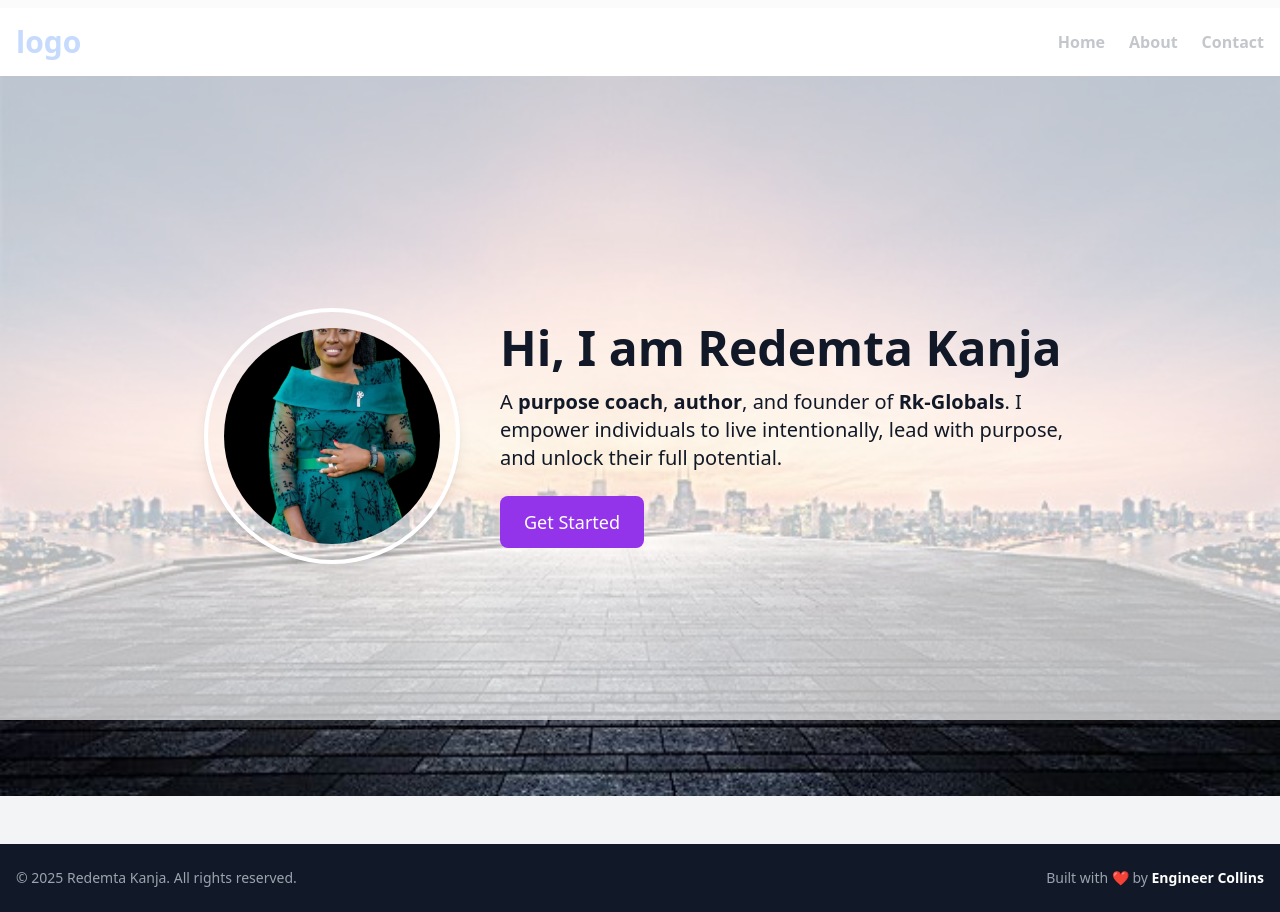
Repository: Engineer-collo/Redemta-Kanja-s-website
Page: /
An editor plug-in stored every save of this project. The page is shown before and after a run of saves, followed by the edit.
The browser window is 1280 px wide. The pictures show the whole page.
The project was rebuilt for these pictures with package versions that can differ from the ones it lists, and the page was loaded fresh each time. Also part of the build but not shown: vite.config.js, src/pages/Home.jsx, src/pages/About.jsx, src/pages/Contact.jsx.

Above is the page before, as saved 2025-05-18 06:55:11.

### index.html
<!DOCTYPE html>
<html lang="en">
<head>
  <meta charset="UTF-8">
  <meta name="viewport" content="width=device-width, initial-scale=1.0">
  <title>React Vite Starter</title>
</head>
<body class="bg-gray-100">
  <div id="root"></div>
  <script type="module" src="/src/main.jsx"></script>
</body>
</html>

### src/main.jsx
import React from 'react'
import ReactDOM from 'react-dom/client'
import './index.css'
import App from './App'

ReactDOM.createRoot(document.getElementById('root')).render(
  <React.StrictMode>
    <App />
  </React.StrictMode>,
)

### src/App.jsx
import { BrowserRouter as Router, Route, Routes } from "react-router-dom";
import Home from "./pages/Home";
import About from "./pages/About";
import Contact from "./pages/Contact";
import Footer from "./components/Footer";
import Navbar from "./components/Navbar";
import LandingPage from "./pages/Landingpage";


function App() {
  return (
    <Router>
      <Navbar/>
      <Routes>
      <Route path="/" element={<LandingPage/>} />
        <Route path="/home" element={<Home/>} />
        <Route path="/about" element={<About />} />
        <Route path="/contact" element={<Contact />} />
      </Routes>
    <Footer/>
    </Router>
  );
}

export default App;

### src/components/Footer.jsx
const Footer = () => {
    return(
        <>
        <footer className="bg-gray-900 text-white py-6 mt-12">
  <div className="max-w-7xl mx-auto px-4 flex flex-col md:flex-row justify-between items-center space-y-4 md:space-y-0">
    <p className="text-sm text-gray-400">
      &copy; {new Date().getFullYear()} Redemta Kanja. All rights reserved.
    </p>
    <p className="text-sm text-gray-400">
      Built with ❤️ by <span className="text-white font-semibold">Engineer Collins</span>
    </p>


  </div>
</footer>

        </>
    )
}

export default Footer

### src/components/Navbar.jsx
import React, { useState } from 'react';
import { Link } from 'react-router-dom';

const Navbar = () => {
  const [isOpen, setIsOpen] = useState(false);

  const toggleMenu = () => setIsOpen(!isOpen);

  return (
    <header className=" mt-2 bg-white shadow-md">
      <div className="max-w-7xl mx-auto px-4 py-4 flex justify-between items-center">
        <h1 className="text-3xl font-bold text-gray-800"><Link to="/" className="hover:text-blue-500 text-gray-700 transition"><span className='text-blue-500'>logo</span></Link>
        </h1>

        {/* Desktop nav */}
        <nav className="space-x-6 hidden md:flex">
        <Link to="/" className="hover:text-blue-500 font-bold text-gray-700 transition">Home</Link>
          <Link to="/about" className="hover:text-blue-500 font-bold text-gray-700 transition">About</Link>
          <Link to="/contact" className="hover:text-blue-500 font-bold text-gray-700 transition">Contact</Link>
        </nav>

        {/* Mobile menu toggle */}
        <div className="md:hidden">
          <button onClick={toggleMenu} className="text-gray-700 focus:outline-none">
            <svg className="h-6 w-6" fill="none" stroke="currentColor" strokeWidth="2" viewBox="0 0 24 24">
              <path strokeLinecap="round" strokeLinejoin="round" d={isOpen ? 'M6 18L18 6M6 6l12 12' : 'M4 6h16M4 12h16M4 18h16'} />
            </svg>
          </button>
        </div>
      </div>

      {/* Mobile nav links */}
      {isOpen && (
        <nav className="md:hidden px-4 pb-4 space-y-2">
          <Link to="/about" className="block text-gray-700 font-bold hover:text-blue-500">About</Link>
          <Link to="/contact" className="block text-gray-700 font-bold hover:text-blue-500">Contact</Link>
        </nav>
      )}
    </header>
  );
};

export default Navbar;

### src/pages/Landingpage.jsx
import React from 'react';
import { useNavigate } from 'react-router-dom';

const LandingPage = () => {
  const navigate = useNavigate();

  const handleGetStarted = () => {
    navigate('/home');
  };

  return (
    <div className="min-h-screen flex flex-col md:flex-row items-center justify-center text-gray-900 px-6 py-10 bg-cover bg-center bg-[url('/city-bg.png')]">

      {/* Overlay (optional for readability) */}
      <div className="absolute inset-0 bg-white bg-opacity-70 z-0" />

      <div className="relative z-10 flex flex-col md:flex-row items-center justify-center">
        {/* Image */}
        <div className="mb-8 md:mb-0 md:mr-10">
          <img
            src="/redemta-pic.png"
            alt="Redem-ta Kanja"
            className="w-64 h-64 object-cover p-4 rounded-full shadow-lg border-4 border-white"
          />
        </div>

        {/* Text */}
        <div className="text-center md:text-left max-w-xl">
          <h1 className="text-4xl md:text-5xl font-bold mb-4">Hi, I am Redemta Kanja</h1>
          <p className="text-lg md:text-xl mb-6">
            A <strong>purpose coach</strong>, <strong>author</strong>, and founder of <strong>Rk-Globals</strong>.
            I empower individuals to live intentionally, lead with purpose, and unlock their full potential.
          </p>
          <button
            onClick={handleGetStarted}
            className="bg-purple-600 text-white px-6 py-3 rounded-lg text-lg hover:bg-purple-700 transition"
          >
            Get Started
          </button>
        </div>
      </div>
    </div>
  );
};

export default LandingPage;

Loaded but not shown: src/index.css (common file); tailwind.config.js (common file)

After the next 2 saves:
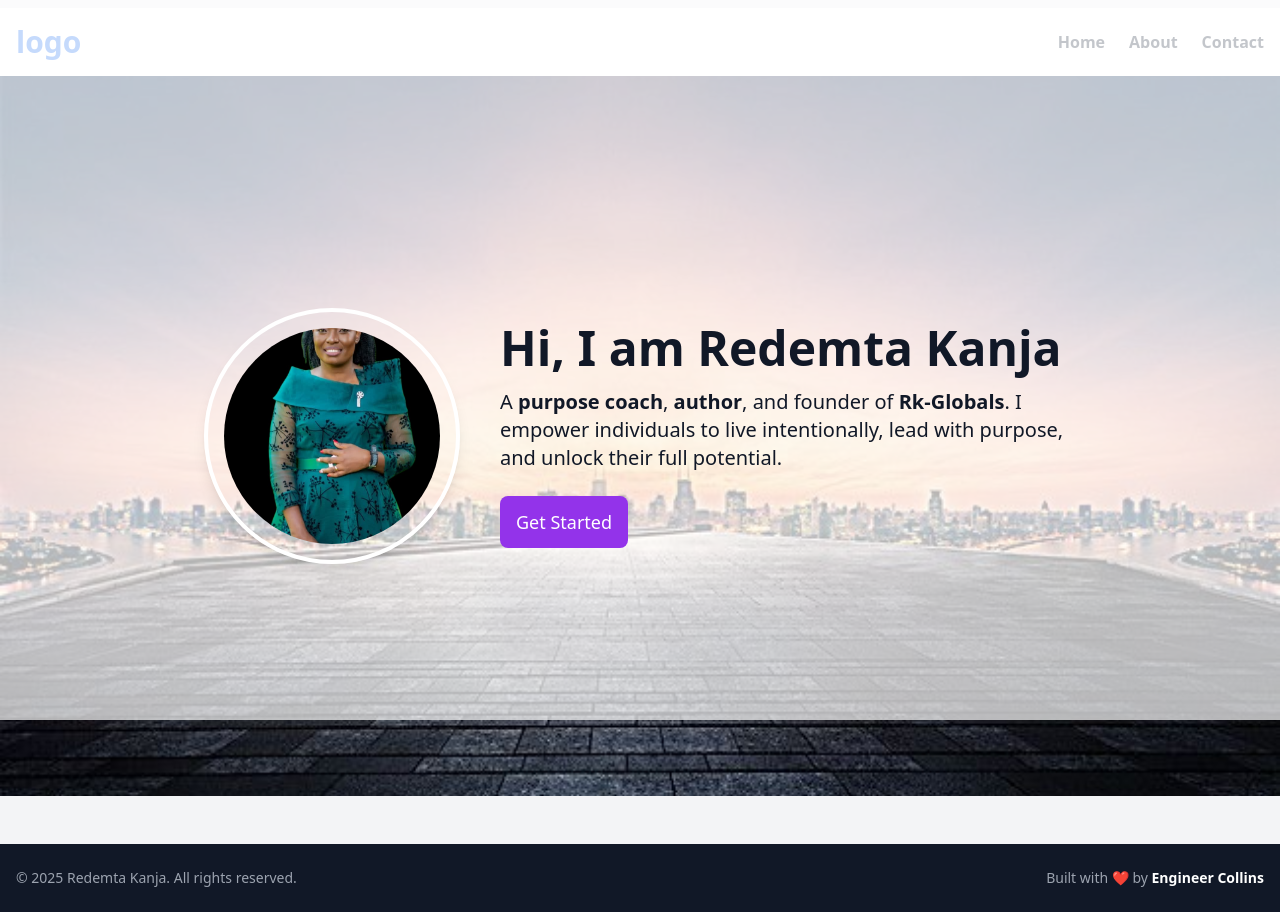
The 2 saves are shown as one change because they came seconds apart.
The last was saved 91 s later.
--- a/src/pages/Landingpage.jsx
+++ b/src/pages/Landingpage.jsx
@@ -33,7 +33,7 @@ const LandingPage = () => {
           </p>
           <button
             onClick={handleGetStarted}
-            className="bg-purple-600 text-white px-6 py-3 rounded-lg text-lg hover:bg-purple-700 transition"
+            className="bg-purple-600 text-white px-4 py-3 rounded-lg text-lg hover:bg-purple-700 transition"
           >
             Get Started
           </button>
